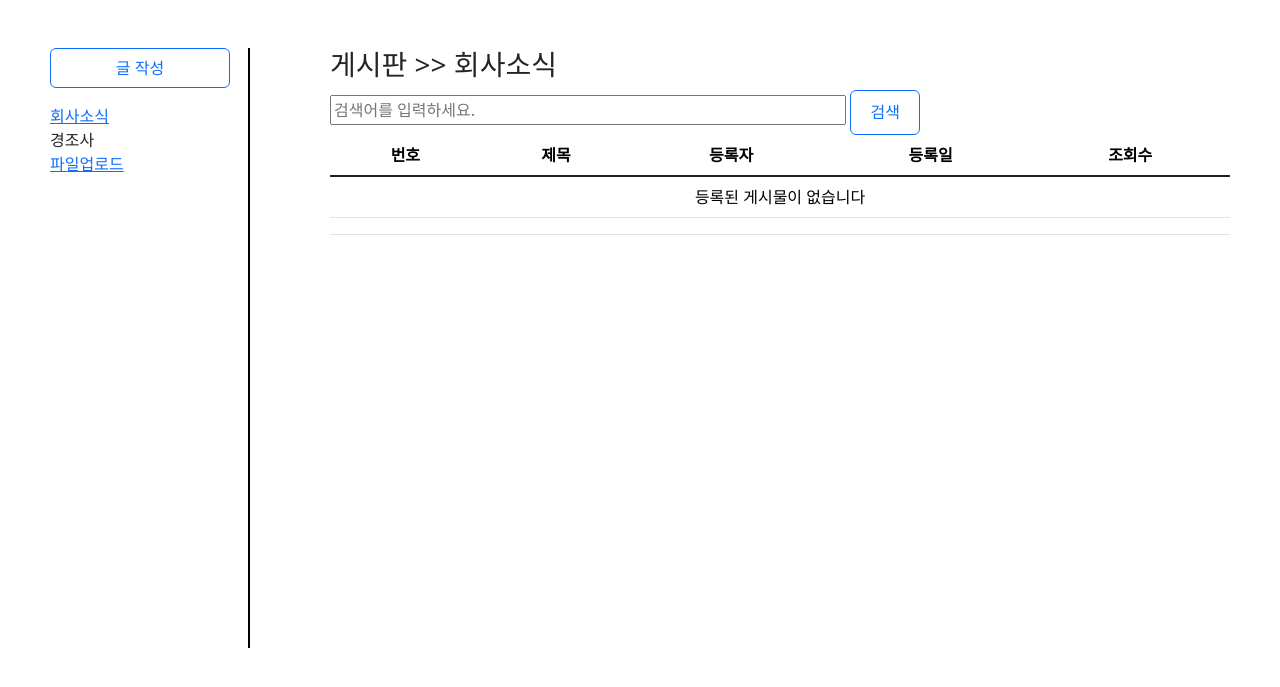
Repository: KimDongGyuu/final
Page: http://localhost/aceworks/WEB-INF/views/company_news/company_news_List.jsp
An editor plug-in stored every save of this project. The page is shown before and after the next save, followed by the edit.
The browser window is 1280 px wide. The pictures show the whole page.
The page is served by Tomcat 9. Nobody is signed in. Other server files are loaded and not shown. The template is opened directly, without the code that normally fills it, so the values that code supplies are empty.

Above is the page before, as saved 2024-03-17 03:54:45.

### aceworks/src/main/webapp/WEB-INF/views/company_news/company_news_List.jsp
<%@ page language="java" contentType="text/html; charset=UTF-8"
	pageEncoding="UTF-8"%>
<%@ include file="/WEB-INF/views/include/style.jsp"%>
<%@ taglib uri="http://java.sun.com/jsp/jstl/core" prefix="c"%>
<!DOCTYPE html>
<html>
<head>
<meta charset="UTF-8">
<title>Insert title here</title>
<style>
#left {
	width: 200px;
	height: 600px;
	float: left;
	border-right: 2px solid black;
	margin-left: 50px;
}

#right {
	width: 900px;
	height: 600px;
	margin-left: 330px;
}

#bt {
	width: 180px;
	height: 40px;
}

#Sbt {
	width: 70px;
	height: 45px;
}

h3 {
	text-align: center;
}
</style>
</head>
<body>


	<div>
		<div id="left">
			<button id="bt" type="button" class="btn btn-outline-primary"
				onclick="location.href='company_news_Writeform.do';">글 작성</button>
<div class="mt-3"><a href="company_news_List.do">회사소식</a> <br> 경조사 <br><a href="fileUploadForm.do">파일업로드</a></div>
		</div>
		<div id="right">
		<div class="mt-5 mb-2"><span class="h3">게시판 &gt;&gt; 회사소식</span></div>
<div>
    <form action="company_newsSearch.do">
        <input type="text" id="searchKeyword" name="keyword" placeholder="검색어를 입력하세요." size="50" style="height: 30px;">
        <button id="Sbt" type="submit" class="btn btn-outline-primary">검색</button>
    </form>
</div>
			<table width="1000" cellspacing="0" class="table table-hover">
				<thead>
					<tr align="center">
						<th scope="col">번호</th>
						<th scope="col">제목</th>
						<th scope="col">등록자</th>
						<th scope="col">등록일</th>
						<th scope="col">조회수</th>
					</tr>
				</thead>

				<tbody class="table-group-divider">
					<c:if test="${empty lists }">
						<tr>
							<td colspan="5" align="center">등록된 게시물이 없습니다</td>
						</tr>
					</c:if>

					<c:forEach var="dto" items="${lists }">
						<tr class="text-center">
							<th scope="row">${dto.news_idx }</th>
							<c:url var="company_newsContentUrl"
								value="company_news_Content.do">
								<c:param name="news_idx">${dto.news_idx }</c:param>
							</c:url>
							<td><a href="${company_newsContentUrl }">${dto.news_title }</a></td>
							<td>${dto.news_writer }</td>
							<td>${dto.news_writedate }</td>
							<td>${dto.news_readnum }</td>
						</tr>
					</c:forEach>
				</tbody>

				<tfoot>
					<tr>
						<td colspan="5" align="center">${pageStr }</td>
					</tr>
				</tfoot>
			</table>
		</div>
	</div>
</body>
</html>

### aceworks/src/main/webapp/WEB-INF/views/include/style.jsp
<%@ page language="java" contentType="text/html; charset=UTF-8"
    pageEncoding="UTF-8"%>
<!DOCTYPE html>
<html>
<head>
<meta charset="UTF-8">
<title>Insert title here</title>
<link
   href="https://cdn.jsdelivr.net/npm/bootstrap@5.3.3/dist/css/bootstrap.min.css"
   rel="stylesheet"
   integrity="sha384-QWTKZyjpPEjISv5WaRU9OFeRpok6YctnYmDr5pNlyT2bRjXh0JMhjY6hW+ALEwIH"
   crossorigin="anonymous">
<script
   src="https://cdn.jsdelivr.net/npm/bootstrap@5.3.3/dist/js/bootstrap.bundle.min.js"
   integrity="sha384-YvpcrYf0tY3lHB60NNkmXc5s9fDVZLESaAA55NDzOxhy9GkcIdslK1eN7N6jIeHz"
   crossorigin="anonymous"></script>
<script
   src="https://cdn.jsdelivr.net/npm/@popperjs/core@2.11.8/dist/umd/popper.min.js"
   integrity="sha384-I7E8VVD/ismYTF4hNIPjVp/Zjvgyol6VFvRkX/vR+Vc4jQkC+hVqc2pM8ODewa9r"
   crossorigin="anonymous"></script>
<script
   src="https://cdn.jsdelivr.net/npm/bootstrap@5.3.3/dist/js/bootstrap.min.js"
   integrity="sha384-0pUGZvbkm6XF6gxjEnlmuGrJXVbNuzT9qBBavbLwCsOGabYfZo0T0to5eqruptLy"
   crossorigin="anonymous"></script>
</head>
<body>

</body>
</html>

After the next save:
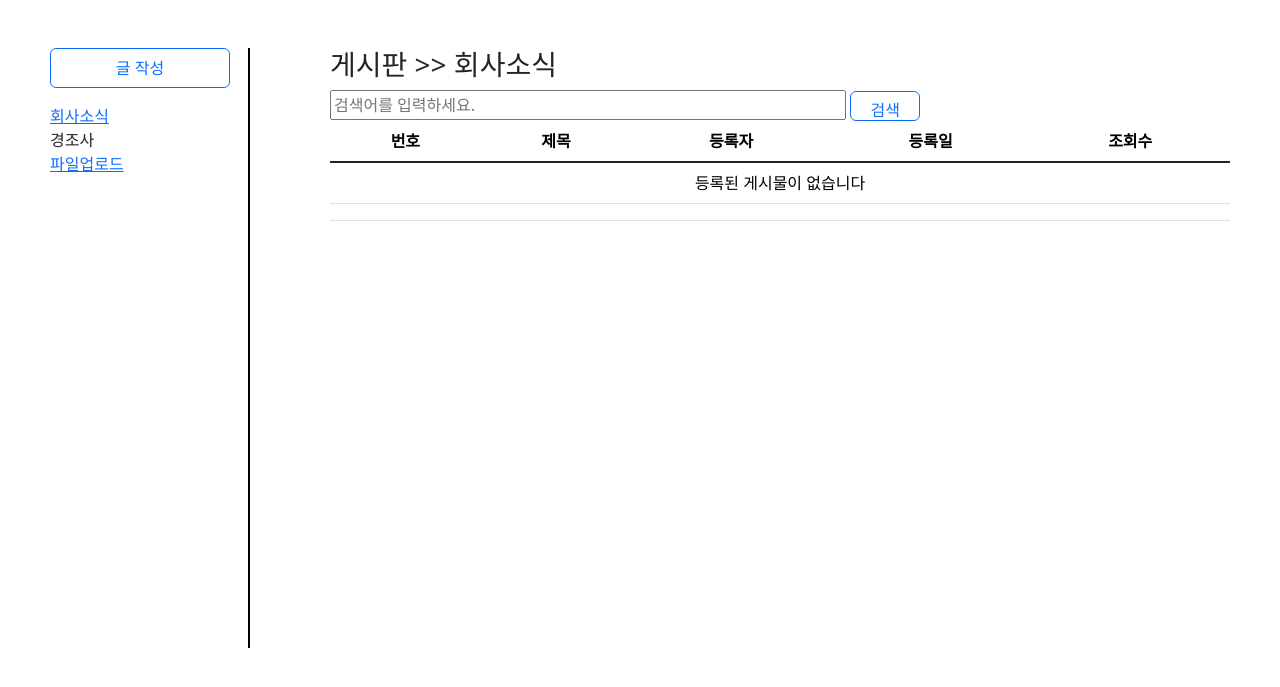
Saved 19 s later.
--- a/aceworks/src/main/webapp/WEB-INF/views/company_news/company_news_List.jsp
+++ b/aceworks/src/main/webapp/WEB-INF/views/company_news/company_news_List.jsp
@@ -29,7 +29,7 @@
 
 #Sbt {
 	width: 70px;
-	height: 45px;
+	height: 30px;
 }
 
 h3 {
